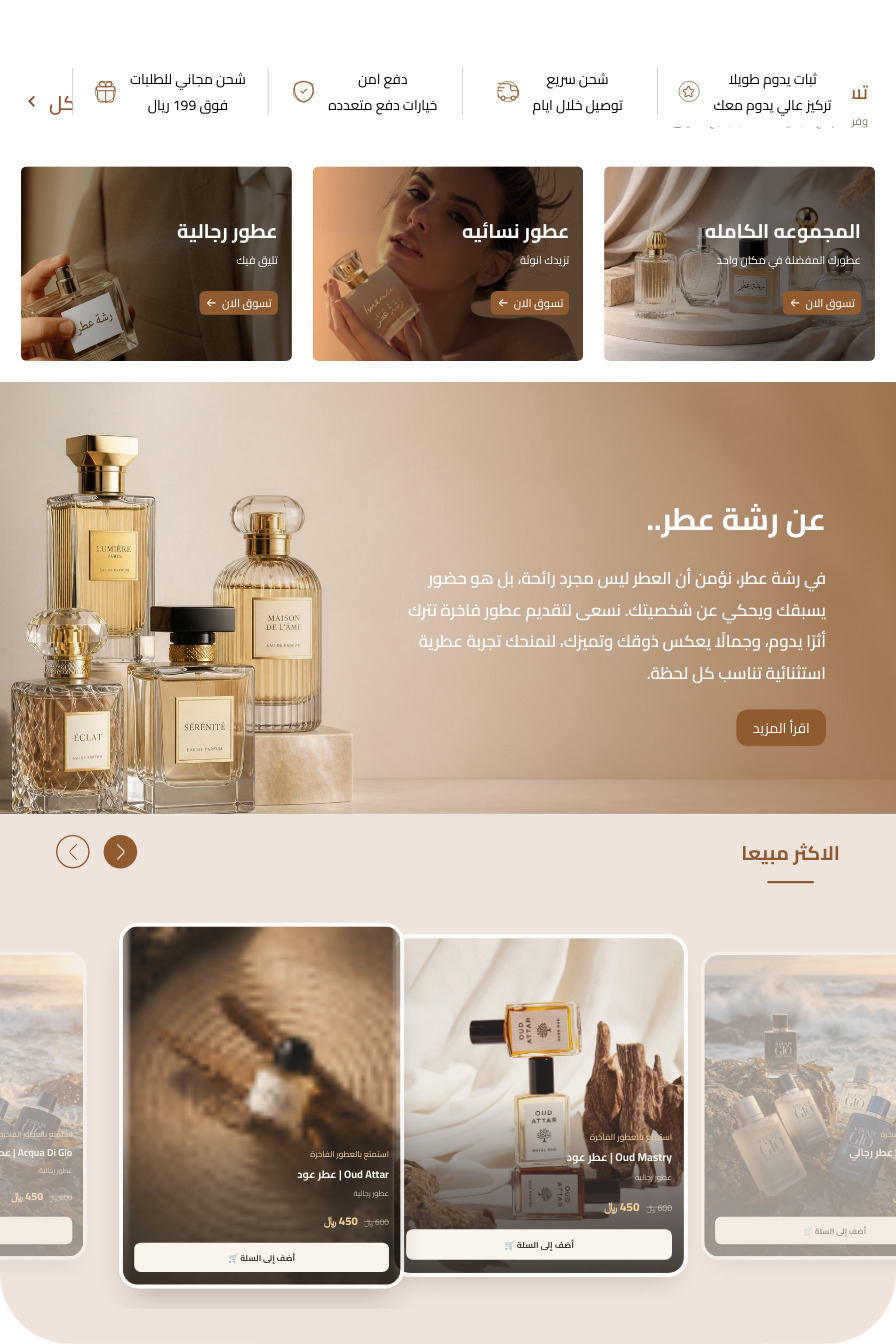
Repository: mahmoudesh74/rashet-3tr
Page: /
The author's editor kept a copy of each file at every save. The page is drawn from the files as they stood at one save, then again after the next save.
The browser window is 1280 px wide. The pictures show the part of the page from y = 774 to 2694 px (the page is 2694 px tall), at 70% of full size.
Some web fonts or font styles are not loaded; a fallback is used. The project was rebuilt for these pictures with package versions that can differ from the ones it lists, and the page was loaded fresh each time. Also part of the build but not shown: vite.config.js, src/App.css.

Above is the page before, as saved 2026-09-12 18:17:15.

### index.html
<!doctype html>
<html lang="ar" dir="rtl">
  <head>
    <meta charset="UTF-8" />
    <link rel="icon" type="image/svg+xml" href="/favicon.svg" />
    <meta name="viewport" content="width=device-width, initial-scale=1.0" />
    <title>rashet-3tr</title>
    <link rel="preconnect" href="https://fonts.googleapis.com">
<link rel="preconnect" href="https://fonts.gstatic.com" crossorigin>
<link href="https://fonts.googleapis.com/css2?family=Be+Vietnam+Pro:ital,wght@0,100;0,200;0,300;0,400;0,500;0,600;0,700;0,800;0,900;1,100;1,200;1,300;1,400;1,500;1,600;1,700;1,800;1,900&family=Cairo:wght@200..1000&family=IBM+Plex+Sans:ital,wght@0,100..700;1,100..700&family=Kameron:wght@400..700&display=swap" rel="stylesheet">
 <link rel="preconnect" href="https://fonts.googleapis.com">
<link rel="preconnect" href="https://fonts.gstatic.com" crossorigin>
<link href="https://fonts.googleapis.com/css2?family=Be+Vietnam+Pro:ital,wght@0,100;0,200;0,300;0,400;0,500;0,600;0,700;0,800;0,900;1,100;1,200;1,300;1,400;1,500;1,600;1,700;1,800;1,900&family=Cairo:wght@200..1000&family=IBM+Plex+Sans:ital,wght@0,100..700;1,100..700&family=Kameron:wght@400..700&family=Plus+Jakarta+Sans:ital,wght@0,200..800;1,200..800&display=swap" rel="stylesheet">
</head>
  <body>
    <div id="root"></div>
    <script type="module" src="/src/main.jsx"></script>
  </body>
</html>

### src/index.css
* {
  margin: 0;
  padding: 0;
  box-sizing: border-box;
}

html, body {
  width: 100%;
}

#root {
  width: 100%;
}

### src/App.jsx
import "./App.css";
import HomePage from "./pages/HomePage/homePag";
function App() {
  return (
    <>
<HomePage/>
    </>
  );
}

export default App;

### src/pages/HomePage/homePag.jsx
import NavBar from "../../components/NavBar/NavBar";
import Header from "../../components/HeaderSection/Header";
import GroupSection from "../../components/GroupSection/GroupSection";
import AboutSection from "../../components/AboutSection/AboutSection";
import BestSeller from "../../components/BestSeller/BestSeller"

import "./HomePage.css";
export default function homePage() {
  return (
    <>
    <div className="HomePage">
      <div className="HomePageHader">
        <NavBar />
        <Header />
      </div>
        <GroupSection />
        <AboutSection />
        <BestSeller />
      </div>
    </>
  );
}

### src/components/NavBar/NavBar.jsx
import styles from "./NavBar.module.css";
import LogoImage from "../../assets/logo-rashet-3tr.png";
import SearchIcon from "../../assets/search.svg";
import profileIcon from "../../assets/user.svg";
import cartIcon from "../../assets/cart.svg";
const links = [
  { label: "الرئيسية", href: "#", active: true },
  { label: "المجموعه  ", href: "#" },

  { label: "عن رشة عطر", href: "#" },
  { label: "الاكثر مبيعا", href: "#" },
  { label: "العطور", href: "#" },
  { label: "المقالات", href: "#" },
  { label: "تواصل معنا", href: "#" },
];

export default function Navbar() {
  return (
    <nav dir="rtl" className={styles.navbar}>
      <div className={styles.container}>
        <img src={LogoImage} alt="LogoImage" className={styles.logoImage} />

        {/* Links */}
        <ul className={styles.links}>
          {links.map((link) => (
            <li key={link.label}>
              <a
                href={link.href}
                className={`${styles.link} ${link.active ? styles.linkActive : ""}`}
              >
                {link.label}
              </a>
            </li>
          ))}
        </ul>

        {/* Icons */}
        <div className={styles.icons}>
          <div className={styles.search}>
            <img src={SearchIcon} alt="بحث" />
          </div>
          <div className={styles.profile}>
            <img src={profileIcon} alt="مستخدم" />
          </div>
          <div className={styles.cart}>
            <img src={cartIcon} alt="سلة" />

            <span className={styles.cartCount}>0</span>
          </div>
        </div>
      </div>
    </nav>
  );
}

### src/components/HeaderSection/Header.jsx
import "./Header.css";
import starIcon from "../../assets/star.svg";
import truckDelivery from "../../assets/truck-delivery.svg";
import securityCheck from "../../assets/security-check.svg";
import Gift from "../../assets/gift.svg";
import arrowRight from "../../assets/arrow-right-02.svg";
export default function Header() {
  return (
    <div className="HeaderSection">
      <div className="HeaderContent">
        <h2>رشه واحده....</h2>
        <h2>ستترك أثرًا لا يُنسى</h2>
        <p>اكتشف عالمًا من العطور الفاخرة المصممة خصيصًا لك</p>
        <button
        >اكتشف المجموعات
       < img src={arrowRight} alt="starIcon" />

        </button>
      </div>
      <div className="HeaderBottom">
        <div className="HeaderBottomContent">
          <div className="HeaderBottomContentItem">
            <div className="HeaderBottomContentItemText">
              <p>ثبات يدوم طويلا</p>
              <p> تركيز عالي يدوم معك</p>
            </div>
            <div className="HeaderBottomContentItemStarIcon">
              <img src={starIcon} alt="starIcon" />
            </div>
          </div>
        </div>
        <div className="HeaderBottomContent">
          <div className="HeaderBottomContentItem">
            <div className="HeaderBottomContentItemText">
              <p>شحن سريع</p>
              <p> توصيل خلال ايام</p>
            </div>
            <div className="HeaderBottomContentItemStarIcon">
              <img src={truckDelivery} alt="starIcon" />
            </div>
          </div>
        </div>
        <div className="HeaderBottomContent">
          <div className="HeaderBottomContentItem">
            <div className="HeaderBottomContentItemText">
              <p>دفع امن</p>
              <p>خيارات دفع متعدده</p>
            </div>
            <div className="HeaderBottomContentItemStarIcon">
              <img src={securityCheck} alt="starIcon" />
            </div>
          </div>
        </div>
        <div className="HeaderBottomContent">
          <div className="HeaderBottomContentItem">
            <div className="HeaderBottomContentItemText">
              <p>شحن مجاني للطلبات </p>
              <p> فوق 199 ريال</p>
            </div>
            <div className="HeaderBottomContentItemStarIcon">
              <img src={Gift} alt="starIcon" />
            </div>
          </div>
        </div>
      </div>
    </div>
  );
}

### src/components/GroupSection/GroupSection.jsx
import arrowLeft from "../../assets/arrowLeft.svg";
import arrowRight from "../../assets/arrow-right-02.svg";
import "./GroupSection.css";
export default function GroupSection() {
  return (
    <div className="GroupSection">
      <div className="GroupSectionHeader">
        <div className="GroupSectionTitle">
          <h2>تسوق حسب المجموعة</h2>
          <p>وفر أكثر مع مجموعات تناسب جميع الأذواق</p>
        </div>
        <div className="GroupSectionButton">
          <p>عرض الكل</p>
          <div>
            <img src={arrowLeft} alt="starIcon" />
          </div>
        </div>
      </div>
      <div className="GroupSectionContent row">
        <div className="GroupSectionItem1 col">
          <h2>المجموعه الكامله</h2>
          <p>عطورك المفضلة في مكان واحد</p>
          <button className="GroupSectionItemButton">
            <p> تسوق الان </p>
            <img src={arrowRight} alt="arrowRight" />
          </button>
        </div>
        <div className="GroupSectionItem2 col">
             <h2> عطور نسائيه</h2>
          <p>تزيدك انوثة</p>
          <button className="GroupSectionItemButton">
            <p> تسوق الان </p>
            <img src={arrowRight} alt="arrowRight" />
          </button>
        </div>
        <div className="GroupSectionItem3 col">
             <h2>عطور رجالية</h2>
          <p>تليق فيك</p>
          <button className="GroupSectionItemButton">
            <p> تسوق الان </p>
            <img src={arrowRight} alt="arrowRight" />
          </button>
        </div>
      </div>
    </div>
  );
}

### src/components/AboutSection/AboutSection.jsx
import "./AboutSection.css";
export default function AboutSection() {
  return (
    <div className="AboutSection">
      <div className="AboutSectionContent">
        <h2>عن رشة عطر..</h2>
        <span className="AboutTitleLine"></span>
        <p>
          في رشة عطر، نؤمن أن العطر ليس مجرد رائحة، بل هو حضور يسبقك ويحكي عن
          شخصيتك. نسعى لتقديم عطور فاخرة تترك أثرًا يدوم، وجمالًا يعكس ذوقك
          وتميزك، لنمنحك تجربة عطرية استثنائية تناسب كل لحظة.
        </p>
        <button className="AboutSectionButton">
            اقرأ المزيد

        </button>
      </div>
    </div>
  );
}

### src/pages/HomePage/HomePage.css
.HomePageHader {
  width: 100%;
  height: 750px;
  background:
url("../../assets/rashet-3tr.png");

  background-size: cover;
  background-position: center;
}

### src/components/NavBar/NavBar.module.css
.navbar {
  width: 100%;
  background-color:  #EFE4DBE5;

  height: 100px;
}

.container {
  height: 100px;
  display: flex;
  align-items: center;
  justify-content: space-evenly;
  padding-top: 16px ;
  padding-bottom: 16px ;
  padding-left: 80px ;
  padding-right: 80px;

}
.logoImage {
  width: auto;
  height: 300px;
  object-fit: contain;
  scale: crop;
}

.links {

  align-items: center;
  gap: 38px;
  list-style: none;
  margin: 0;
  padding: 0;
}

@media (min-width: 768px) {
  .links {
    display: flex;
  }
}

.link {
  font-size: 20px;
  color: #696767;
  text-decoration: none;
  padding-bottom: 4px;
  font-family: "cairo";
  font-weight: 400;
}

.link:hover {
  color: #905B30;
}

.linkActive {
  color: #905B30;
  font-weight: 400;
  border-bottom: 3px solid #905B30;
}

.icons {
  display: flex;
  align-items: center;
  gap: 20px;
  flex-shrink: 0;
}
.search {
  display: flex;
  align-items: center;

  width: 32px;
  height: 32px;
  border-radius: 50%;
  background-color: #FFFFFF;
  justify-content: center;
  cursor: pointer;
}
.profile {
  cursor: pointer;

  display: flex;
  align-items: center;

  width: 32px;
  height: 32px;
  border-radius: 50%;
  background-color: #FFFFFF;
  justify-content: center;
}

.cart {
  position: relative;
  cursor: pointer;
  display: flex;
  align-items: center;
  justify-content: center;

  width: 32px;
  height: 32px;
  border-radius: 50%;

  background: linear-gradient(
    180deg,
    #ba987c 0%,
    #a57956 27.68%,
    #905B30 125.82%
  );
}

.cartCount {
  position: absolute;

  top: -10px;
  left: -3px;

  width: 18px;
  height: 18px;

  display: flex;
  align-items: center;
  justify-content: center;

  border-radius: 50%;

  background: #fff;
  color: #905B30;

  font-size: 10px;
  font-weight: 700;
  font-family: "cairo";


  box-shadow: 0 2px 6px #0000004D;
}



@media (max-width: 1024px) {
  .navbar,
  .container {
    height: 90px;
  }

  .logoImage {
    height: 220px;
  }

  .links {
    gap: 22px;
  }

  .link {
    font-size: 16px;
  }
}


@media (max-width: 767px) {
  .navbar,
  .container {
    height: 70px;
  }

  .logoImage {
    height: 160px;
  }

  .icons {
    gap: 14px;
  }

  .search,
  .profile,
  .cart {
    width: 28px;
    height: 28px;
  }
}


@media (max-width: 480px) {
  .navbar,
  .container {
    height: 60px;
  }

  .logoImage {
    height: 120px;
  }
}

### src/components/HeaderSection/Header.css
.HeaderSection {
  display: flex;
  flex-direction: column;
  position: relative;
  width: 100%;
}
.HeaderContent {
  max-width: 600px;
  max-height: 500px;
  display: flex;
  flex-direction: column;
  align-items: start;
  justify-content: start;
  padding-top:200px;
  padding-right: 75px;
  text-align: center;
}
.HeaderContent h2 {
  margin: 0px;
  font-family: "cairo";
  font-size: 64px;
  font-weight: 600;
  color: #905b30;
  white-space: nowrap;
}
.HeaderContent p {
  font-family: "cairo";
  font-size: 20px;
  font-weight: 600;
  color: #8a7a6a;
  white-space: nowrap;
}
.HeaderContent button {
    margin-top:50px;
  font-family: "cairo";
  font-size: 18px;
  font-weight: 500;
  background: linear-gradient(
    180deg,
    #ba987c 0%,
    #a57956 27.68%,
    #905b30 125.82%
  );
  display: flex;
  align-items: center;
  justify-content: center;
  gap:10px;
  color: #FBF8F5;
  background-color: #905b30;
  border-radius: 16px;
  padding: 9px 16px 9px 16px;
  border: 1px solid #FFFFFF38;
  cursor: pointer;
     box-shadow: inset 0px -10px 6px #c15d1266, 0px 0px 4px #00000066;

}
.HeaderBottom {
  position: absolute;
  transform: translateX(-70%);
  left: 69%;
  bottom: -355px;
  display: flex;
  align-items: end;
  height: 100px;
  width: 87%;
  border-radius: 8px;

  justify-content: center !important;
  background-color: #ffffff;
}
.HeaderBottomContent {
  padding-top: 16px;
  padding-bottom: 16px;
  display: flex;
  align-items: center;
  justify-content: space-evenly;
  width: 100%;
  height: 100%;
}
.HeaderBottomContentItem {
  border-left: 1px solid #7d7b7b80;

  display: flex;

  align-items: center;
  justify-content: center;
  gap: 20px;
  width: 100%;
  height: 100%;
}
.HeaderBottomContentItem4 {


  display: flex;

  align-items: center;
  justify-content: center;
  gap: 20px;
  width: 100%;
  height: 100%;
}
.HeaderBottomContentItemText {
  margin: 0;

  display: flex;
  align-items: center;
  justify-content: center;
  flex-direction: column;
  font-family: "cairo";
  font-size: 20px;
  color: #000000;
  text-align: center;
}
.HeaderBottomContentItemText p{
  margin: 0;
}
.HeaderBottomContentItemStarIcon{
  width: 30px;
  height: 30px;
  border: 1.5px solid #905B30;
  display: flex;
  align-items: center;
  justify-content: center;
  border-radius: 50%;
}

### src/components/GroupSection/GroupSection.css
.GroupSection {
  width: 100%;
  margin-top: 100px;
  display: flex;
  flex-direction: column;
  padding: 30px;
}

.GroupSectionHeader {
    padding: 0px 10px;
  width: 100%;
  display: flex;
  justify-content: space-between;
}
.GroupSectionTitle h2 {
  font-family: "cairo";
  font-size: 28px;
  font-weight: 600;
  color: #905B30;
}
.GroupSectionTitle p {
  font-family: "cairo";
  font-size: 16px;
  font-weight: 400;
  color: #8a7a6a;
}
.GroupSectionButton {
  gap: 20px;
  display: flex;
  align-items: center;
  justify-content: center;
}
.GroupSectionButton p {
  font-family: "cairo";
  font-size: 28px;
  font-weight: 600;
  color: #975233;
}
.GroupSectionContent {
  display: flex;
  margin-top: 50px;
  align-items: center;
  gap: 30px;
  justify-content: space-between;
  height: 278px;
}
.GroupSectionItem1 {
    display: flex;
    flex-direction: column;
   padding-right: 20px;
    justify-content: center;
  border-radius: 8px;
  width: 100%;
  height: 100%;
  background:
    linear-gradient(270deg, rgba(0, 0, 0, 0.6) 41.35%, rgba(0, 0, 0, 0) 100%),
    url(../../assets/groupImg1.png);
  background-size: cover;
  background-position: center;
}
.GroupSectionItem1 h2{
    font-family: "Cairo";
    font-size: 28px;
    font-family: 600;
    color: #FFFFFF;
}
.GroupSectionItem1 P{
    font-family: "Cairo";
    font-size: 16px;
    font-family: 400;
    color: #FFFFFF;
}

.GroupSectionItem2 h2{
    font-family: "Cairo";
    font-size: 28px;
    font-family: 600;
    color: #FFFFFF;
}
.GroupSectionItem2 P{
    font-family: "Cairo";
    font-size: 16px;
    font-family: 400;
    color: #FFFFFF;
}
.GroupSectionItem3 h2{
    font-family: "Cairo";
    font-size: 28px;
    font-family: 600;
    color: #FFFFFF;
}
.GroupSectionItem3 P{
    font-family: "Cairo";
    font-size: 16px;
    font-family: 400;
    color: #FFFFFF;
}
.GroupSectionItemButton{
    cursor: pointer;
    width:112px;
    height: 34px;
    font-family: "Cairo";
    font-size: 18PX;
    font-weight: 500;
    gap: 6PX;
    margin-top: 30px;
    border: none;
    display: flex;
    align-items: center;
    justify-content: center;
    background-color:#905B30;
    color: #FFFFFF;
    border-radius: 8px;



}
.GroupSectionItem2 {
     display: flex;
    flex-direction: column;
   padding-right: 20px;
    justify-content: center;
  width: 100%;
  border-radius: 8px;
  height: 100%;
  background: linear-gradient(
      270deg,
      rgba(0, 0, 0, 0.6) 41.35%,
      rgba(0, 0, 0, 0) 100%
    ),
    url(../../assets/groupImg2.png);
  background-size: cover;
  background-position: center;
}

.GroupSectionItem3 {
     display: flex;
    flex-direction: column;
   padding-right: 20px;
    justify-content: center;
  border-radius: 8px;
  width: 100%;
  height: 100%;
  background:
    linear-gradient(270deg, rgba(0, 0, 0, 0.6) 41.35%, rgba(0, 0, 0, 0) 100%),
    url(../../assets/groupImg3.png);
  background-size: cover;
  background-position: center;
}

### src/components/AboutSection/AboutSection.css
.AboutSection{

     display: flex;
    flex-direction: column;

    justify-content: center;
padding-right: 100px;
  width: 100%;
  height: 617px;
  background:
     linear-gradient(259.37deg, rgba(144, 91, 48, 0.75) -0.76%, rgba(212, 203, 192, 0) 81.71%),
    url(../../assets/about.png);
  background-size: cover;
  background-position: center;
}
.AboutSectionContent {
     display: flex;
  flex-direction: column;
  align-items: flex-start;
   width: 51%;
   height: 50%;
}
.AboutSectionContent h2{
    font-size: 44px;
    font-family: "Cairo";
    font-weight: 700;
    color: #FFFFFF;
}
.AboutTitleLine {
  width: 143px;
  height: 3px;
  background-color: #905B30;
  margin-top: 12px;
  border-radius: 2px;
    margin-bottom: 10px;

}
.AboutSectionContent p{
    font-size: 24px;
    font-family: "Cairo";
    font-weight: 600;
    color: #FFFFFF;
}
.AboutSectionButton{
    display: flex;
    align-items: center;
    justify-content: center;
    padding: 10px 16px 10px 16px;
    font-family: "Cairo";
    font-weight: 400;
    font-size: 20px;
    color: #FFFFFF;
    margin-top: 30px;
    border: none;
    height: 52px;
    width:128px;
    color: #FFFFFF;
    background-color: #905B30;
    border-radius: 16px;
}

### src/components/BestSeller/BestSeller.css
.BestSellerHeader{
    display: flex;

    justify-content: space-between;
    padding: 30px 80px 30px 80px;


    width: 100%;
}
.BestSeller{
    display: flex;
justify-content: flex-start;
align-items: center;

    flex-direction: column;
     background-color: #EFE4DB;
    border-bottom-left-radius: 100px;
    border-bottom-right-radius: 100px;
    width: 100%;
    height:757px;

}
.BestSellerTitle{
     display: flex;
flex-direction: column;
    align-items: center;
    gap: 14px;

}
.BestSellerTitle h2{
    font-family: "Cairo";
    font-size: 28px;
    font-weight: 700;
    color: #905B30;
}

.BestSellerLine{
    height: 3px;
    width:67px;
     background-color: #905B30;
     border-radius: 8px;
    display: flex;
    justify-content: center;
    align-items: center;
    text-align: center;
}
.pagination{
    display: flex;
    gap: 20px;

    justify-content: center;
}
.pagination1{
    display: flex;
    align-items: center;
    justify-content: center;
    width:48px;
    height: 48px;
    cursor: pointer;
    background-color: #905B30;
    border-radius: 50%;
    transition: transform .2s ease, background-color .2s ease;
}
.pagination1:hover{
    background-color: #905B30;
    transform: scale(1.06);
}
.pagination2{
     display: flex;
    align-items: center;
    justify-content: center;
    width:48px;
    height: 48px;
    border: 2px solid #905B30;
    cursor: pointer;
    border-radius: 50%;
    transition: transform .2s ease, background-color .2s ease;
}
.pagination2:hover{
    background-color: #905B30;
    transform: scale(1.06);
}
.BestSellerContent{
    display: flex;
    position: relative;
    justify-content: center;
    align-items: center;
    width: 100%;
    height: 577px;
    overflow-x: hidden;
    overflow-y: visible;
}


.bs-track{
    position: relative;
    width: 100%;
    height: 90%;
}

.bs-slide{
    position: absolute;
    left: 50%;
    top: 50%;
    width: 400px;

    transition: transform .6s cubic-bezier(.4,0,.2,1), opacity .6s ease;
}

.bs-slide-center{
    width: 450px;
}



.bs-card{

    position: relative;
    border-radius: 30px;
    overflow: hidden;
    width: 450px;
    height: 518px;
border: 6px solid #FFFFFF;
    box-shadow: 0 24px 40px -22px rgba(43, 36, 28, 0.25);
}

.bs-slide-center .bs-card{
border: 6px solid #FFFFFF;

    width: 450px;
    height: 577px;
    box-shadow: 0 30px 50px -20px rgba(43, 36, 28, 0.35);
}

.bs-card-media{
    position: absolute;
    inset: 0;
}

.bs-card-media img{
    width: 100%;
    height: 100%;
    display: block;
    object-fit: cover;
}

.bs-fav{
    position: absolute;
    top: 12px;
    left: 12px;
    width: 36px;
    height: 36px;
    border-radius: 50%;
    background: rgba(251, 247, 239, 0.92);
    border: none;
    display: flex;
    align-items: center;
    justify-content: center;
    cursor: pointer;
    color: #2B241C;
    z-index: 2;
}

.bs-card-body{
    position: absolute;
    left: 0;
    right: 0;
    bottom: 0;
    z-index: 1;
    padding: 46px 18px 20px;
    display: flex;
    flex-direction: column;
    gap: 6px;
    font-family: "Cairo", sans-serif;
    text-align: right;
    background: linear-gradient(to top, rgba(20, 15, 10, 0.88) 0%, rgba(20, 15, 10, 0.55) 55%, rgba(20, 15, 10, 0) 100%);
}

.bs-kicker{
    font-size: 13px;
    color: #E7C594;
    font-weight: 500;
}

.bs-card-body h3{
    font-size: 17px;
    font-weight: 700;
    margin: 2px 0 0;
    color: #FBF7EF;
    line-height: 1.4;
}

.bs-cat{
    color: rgba(251, 247, 239, 0.75);
    font-size: 12px;
    margin-bottom: 6px;
}

.bs-price-row{
    display: flex;
    align-items: baseline;
    gap: 10px;
    margin-top: 4px;
}

.bs-price-old{
    color: rgba(251, 247, 239, 0.6);
    text-decoration: line-through;
    font-size: 13px;
}

.bs-price-new{
    color: #F0C987;
    font-size: 18px;
    font-weight: 800;
}

.bs-add-btn{
    margin-top: 12px;
    display: flex;
    align-items: center;
    justify-content: center;
    gap: 8px;
    width: 100%;
    padding: 11px 14px;
    background: #FBF7EF;
    color: #2B241C;
    border: none;
    border-radius: 10px;
    font-family: inherit;
    font-size: 13px;
    font-weight: 700;
    cursor: pointer;
    transition: background .2s ease, color .2s ease;
}

.bs-add-btn:hover{
    background: #905B30;
    color: #F5EEE2;
}

@media (max-width: 880px){
    .bs-slide{ width: 260px; }
    .bs-slide-center{ width: 260px; }
    .bs-card{ width: 260px; height: 337px; }
    .bs-slide-center .bs-card{ width: 260px; height: 375px; }
    .BestSellerHeader{ padding: 40px 24px; }
}

Loaded but not shown: src/main.jsx (common file); src/components/BestSeller/BestSeller.jsx (149 lines, source omitted)

After the next save:
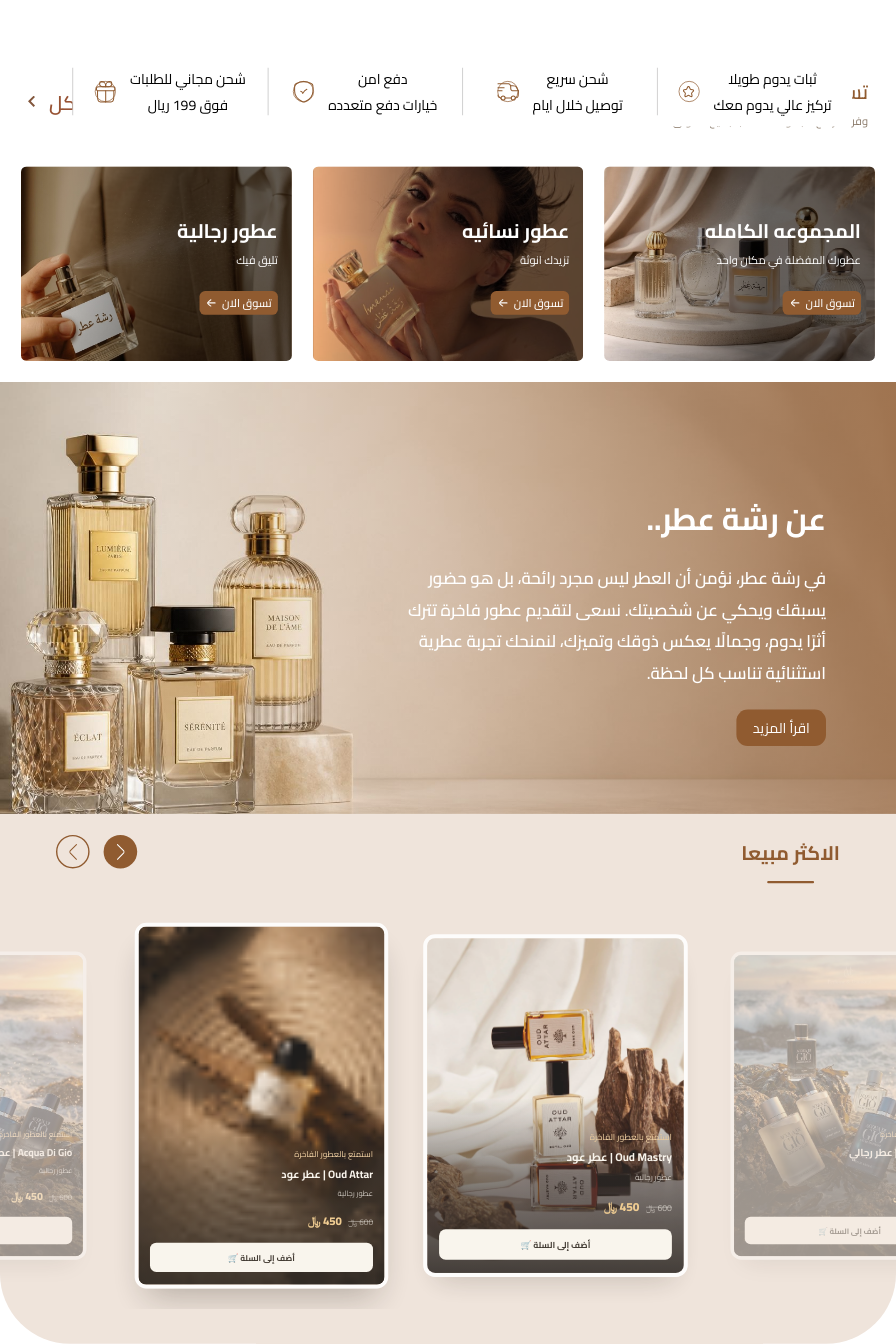
Saved 86 s later.
--- a/src/components/BestSeller/BestSeller.css
+++ b/src/components/BestSeller/BestSeller.css
@@ -108,7 +108,7 @@
 }
 
 .bs-slide-center{
-    width: 450px;
+    width: 400px;
 }
 
 
@@ -116,9 +116,9 @@
 .bs-card{
 
     position: relative;
-    border-radius: 30px;
+    border-radius: 18px;
     overflow: hidden;
-    width: 450px;
+    width: 400px;
     height: 518px;
 border: 6px solid #FFFFFF;
     box-shadow: 0 24px 40px -22px rgba(43, 36, 28, 0.25);
@@ -127,7 +127,7 @@
 .bs-slide-center .bs-card{
 border: 6px solid #FFFFFF;
 
-    width: 450px;
+    width: 400px;
     height: 577px;
     box-shadow: 0 30px 50px -20px rgba(43, 36, 28, 0.35);
 }
